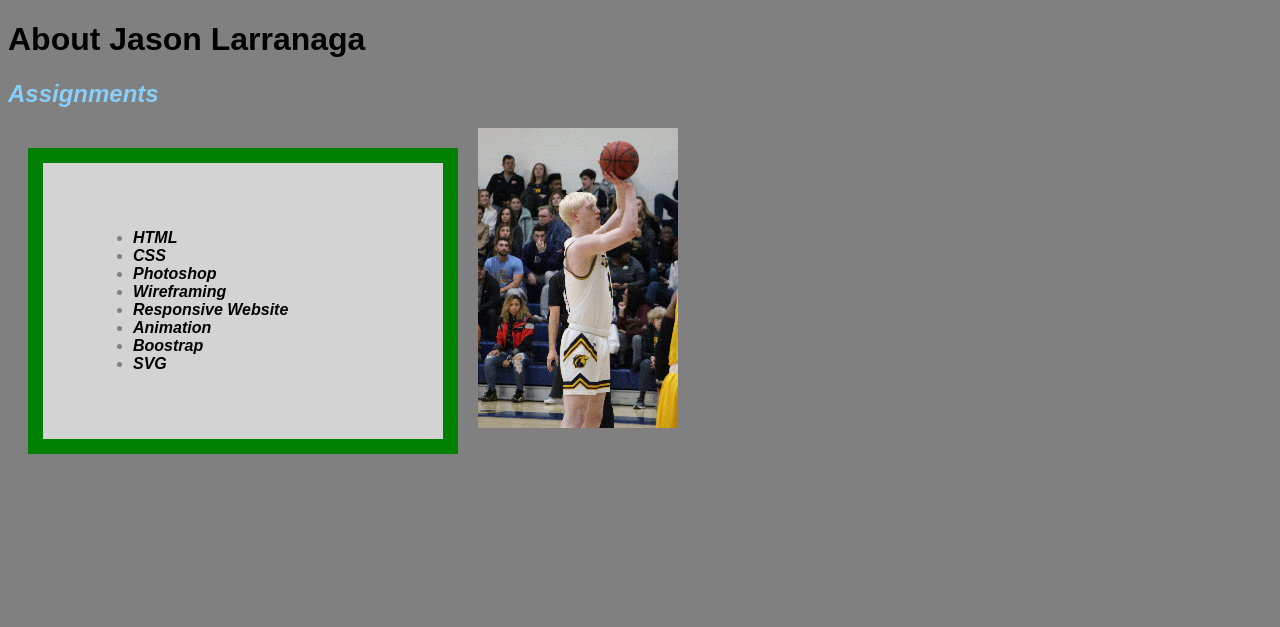
Repository: larranj1/my_website
Page: index.html
The author's editor kept a record of every edit. The page is drawn from the files as they stood at one moment, then again after the next edit.
The browser window is 1280 px wide. The pictures show the whole page.

Above is the page before.

After the next edit:
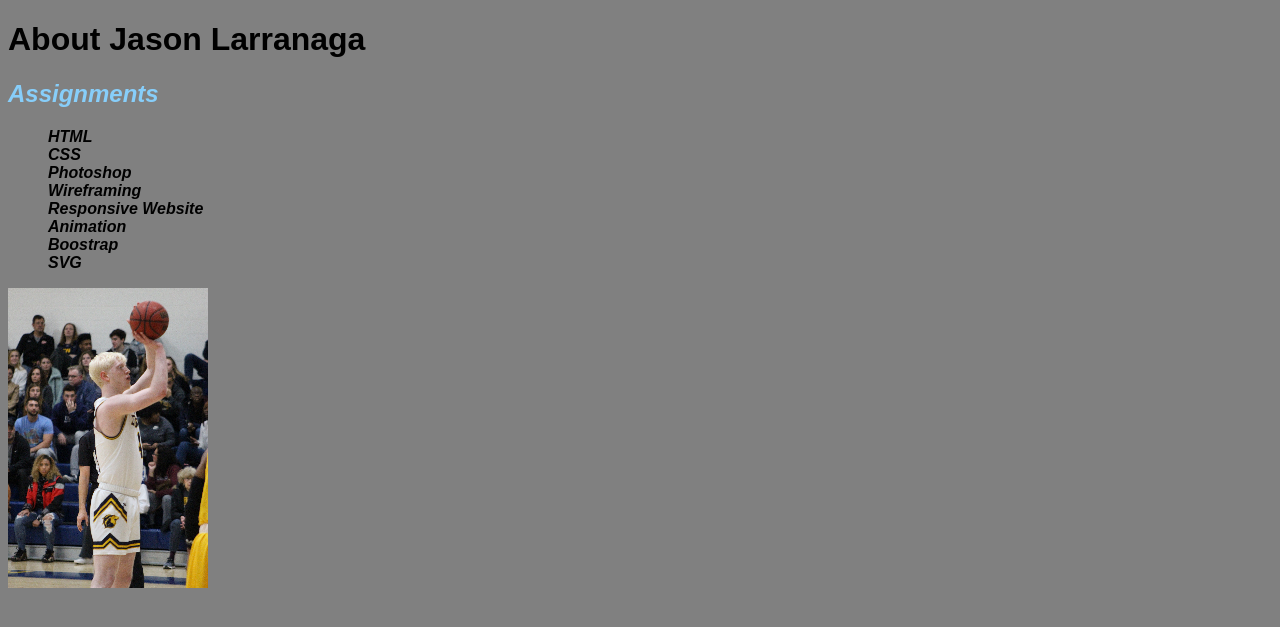
The edit:
--- a/index.html
+++ b/index.html
@@ -1,28 +1,9 @@
 <!DOCTYPE html>
 <html>
     <head>
-    <style>
-
-.box1{
-    float:left;
-    background-color: lightgrey;
-    width: 300px;
-    border: 15px solid green;
-    padding: 50px;
-    margin: 20px;
-}
-
-.box2{
-    float:left;
-}
-
-.clearfix::after {
-    content: "";
-    clear: both;
-    display: table;
-    }
-
-    </style>
+<link href = "assignments/css/first.css"
+    type = "text/css"
+    rel = "stylesheet">
 </head>
 
 <link href = "assignments/css/first.css"
